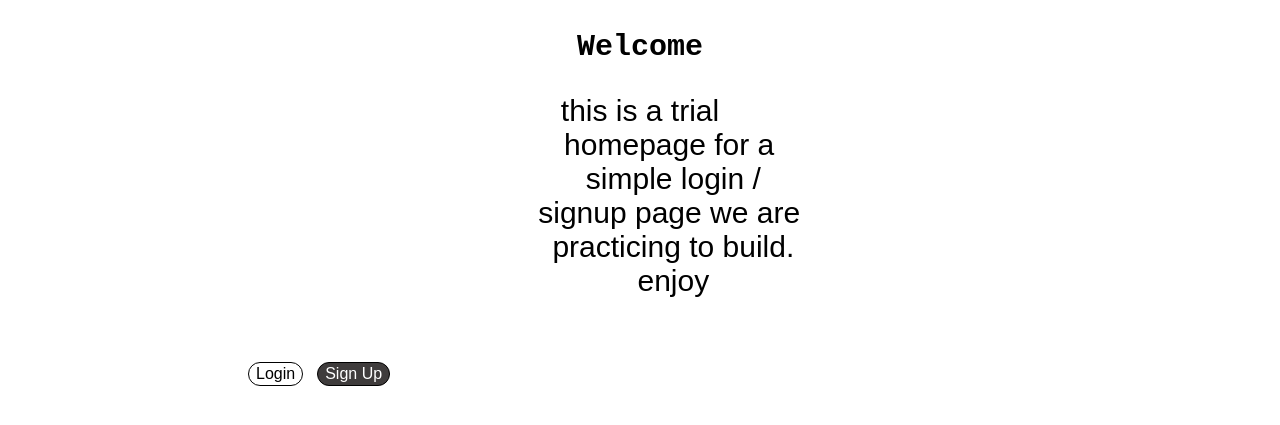
Repository: yhung004/TUTORIAL_PAGE
Page: home.html
The author's editor kept a copy of each file at every save. The page is drawn from the files as they stood at one save, then again after the next save.
The browser window is 1280 px wide. The pictures show the whole page.

Above is the page before, as saved 2024-04-10 00:17:44.

After the next save:
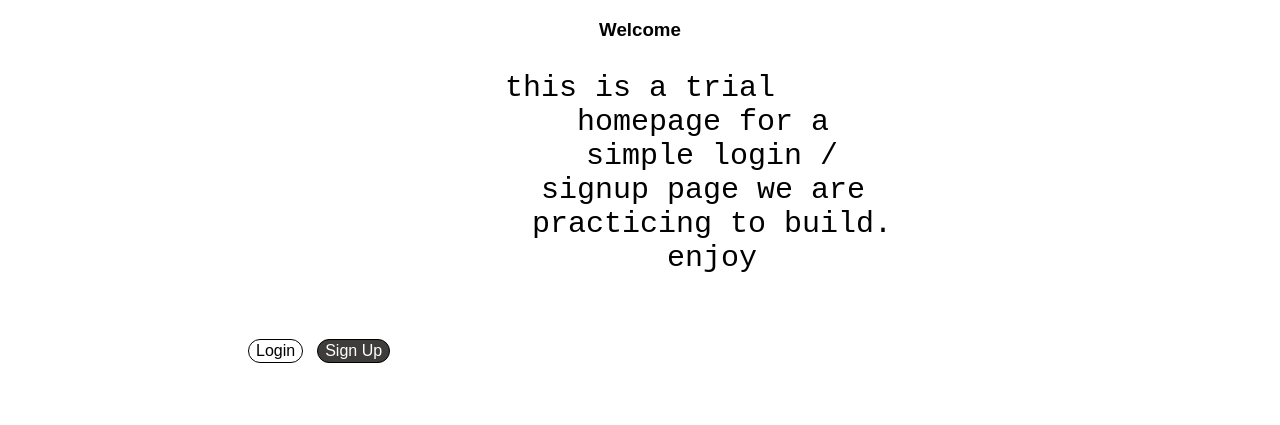
Saved 42 s later.
--- a/main.css
+++ b/main.css
@@ -1,11 +1,10 @@
 .welcome{
     text-align: center;
-    font-family: 'Courier New', Courier, monospace;
-    font-size: 30px;
+    font-family: Arial, Helvetica, sans-serif
 }
 .welcome_text {
     text-align:center;
-    font-family: Arial, Helvetica, sans-serif;
+    font-family: 'Courier New', Courier, monospace;
     font-size: 30px;
 }
 .button_a {
